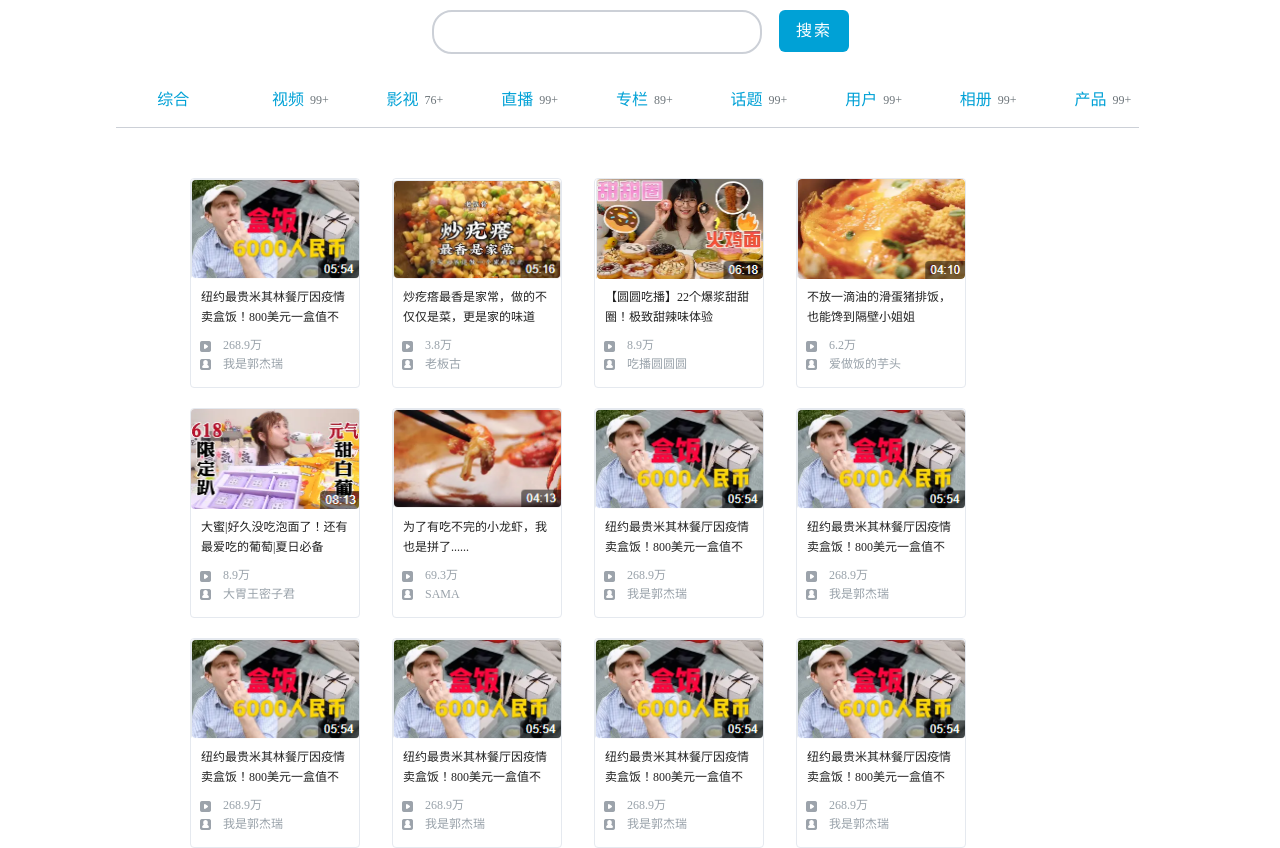
Repository: red-code-yl/web-project
Page: doc/food.html
An editor plug-in stored every save of this project. The page is shown before and after the next save, followed by the edit.
The browser window is 1280 px wide. The pictures show the whole page.

Above is the page before, as saved 2020-06-18 17:10:57.

After the next save:
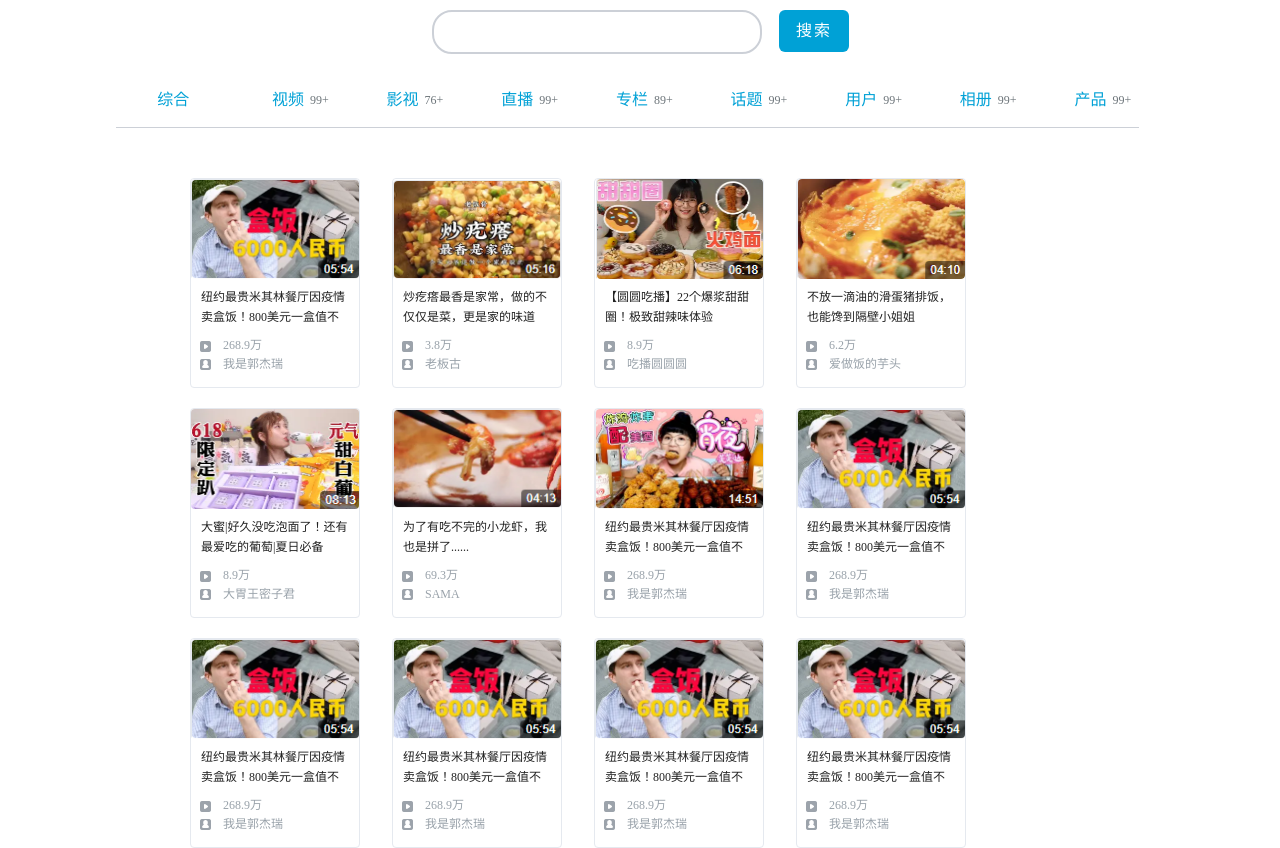
Saved 54 s later.
--- a/doc/food.html
+++ b/doc/food.html
@@ -252,7 +252,7 @@
                             <a href="#" title="" target="_blank" class="list-part-1">
                                 <div class="img">
                                     <div class="lazy-img">
-                                        <img alt src="../img/img-list1.png">
+                                        <img alt src="../img/img-list7.png">
                                     </div>
 
                                 </div>
